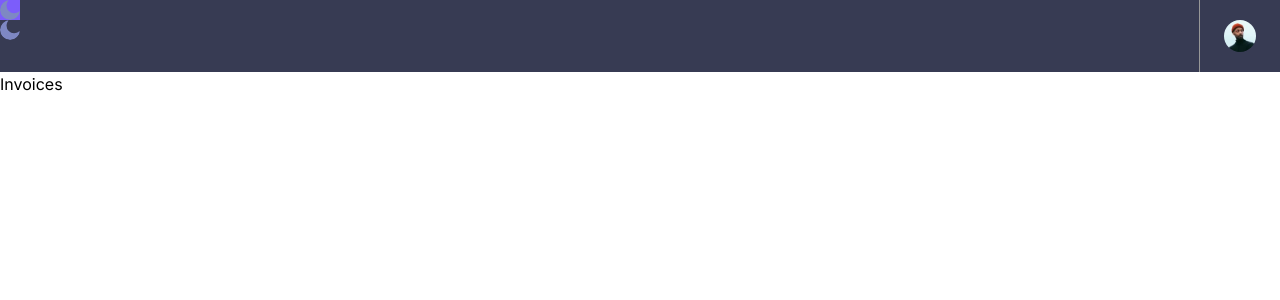
Repository: theoneswhodead/invoice-app
Page: /
The author's editor kept a copy of each file at every save. The page is drawn from the files as they stood at one save, then again after the next save.
The browser window is 1280 px wide. The pictures show the whole page.
The project was rebuilt for these pictures with package versions that can differ from the ones it lists, and the page was loaded fresh each time. The framework's server and built-in components were replaced by stand-ins that run in the browser. Also part of the build but not shown: next.config.mjs.

Above is the page before, as saved 2024-08-19 17:46:26.

After the next save:
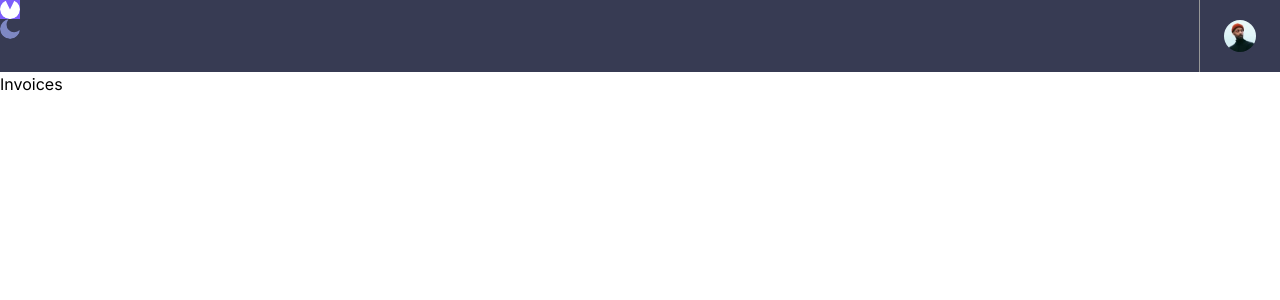
Saved 16 s later.
--- a/app/components/BarMenu.tsx
+++ b/app/components/BarMenu.tsx
@@ -7,7 +7,7 @@ const BarMenu = () => {
       <div>
         <div className='bg-purple'>
             <Image
-                    src="/icon-moon.svg"
+                    src="/logo.svg"
                     width={20}
                     height={20}
                     alt="Avatar"
